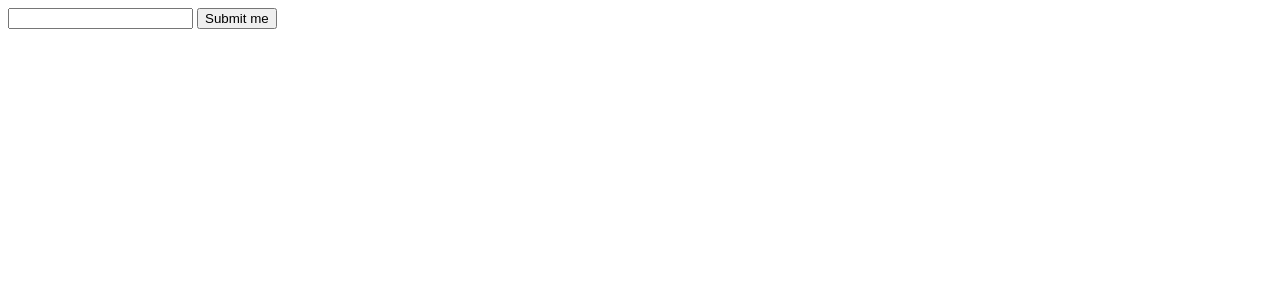
Repository: Deepak-Mane1902/simple-Calculator-using-JSP-Servlet
Page: webProject/src/main/webapp/index.html
These files come from the project's save history. The page is drawn as it stood at one moment and after the next save; the edit follows.
The browser window is 1280 px wide. The pictures show the whole page.

Above is the page before, as saved 2024-12-14 16:55:50.

After the next save:
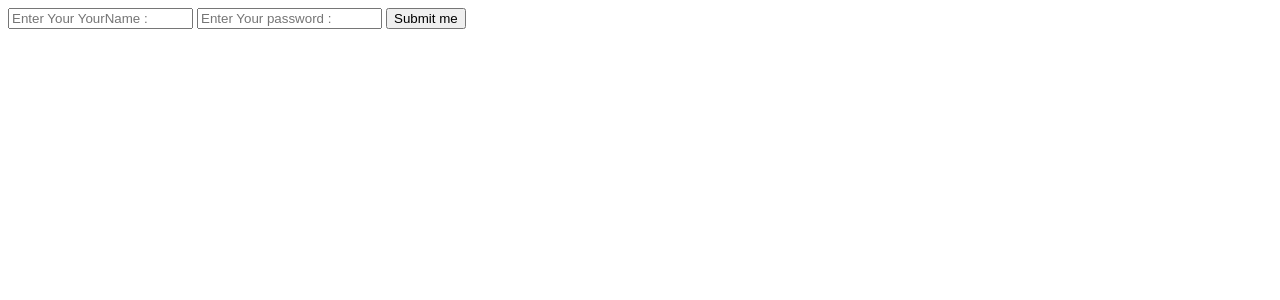
Saved 7 min 48 s later.
--- a/webProject/src/main/webapp/index.html
+++ b/webProject/src/main/webapp/index.html
@@ -6,7 +6,8 @@
 </head>
 <body>
 <form action="myServlet">
-<input></input>
+<input name="username" placeholder="Enter Your YourName : "></input>
+<input name="password" placeholder="Enter Your password : "></input>
 <button>Submit me</button>
 </form>
 </body>
